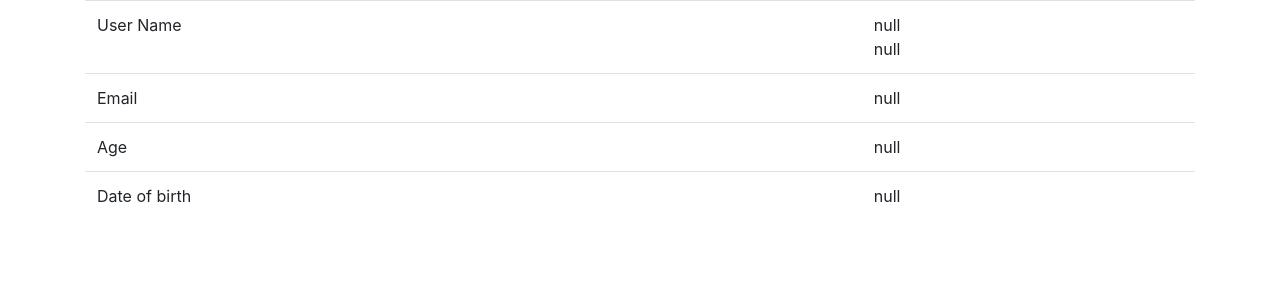
Repository: pyaephyotint22/Maven-Student-Course
Page: http://localhost/02-helloo-servlet/display.jsp
These files come from the project's save history. The page is drawn as it stood at one moment and after the next save; the edit follows.
The browser window is 1280 px wide. The pictures show the whole page.
The page is served by Tomcat 9.

Above is the page before, as saved 2020-12-16 11:17:48.

After the next save:
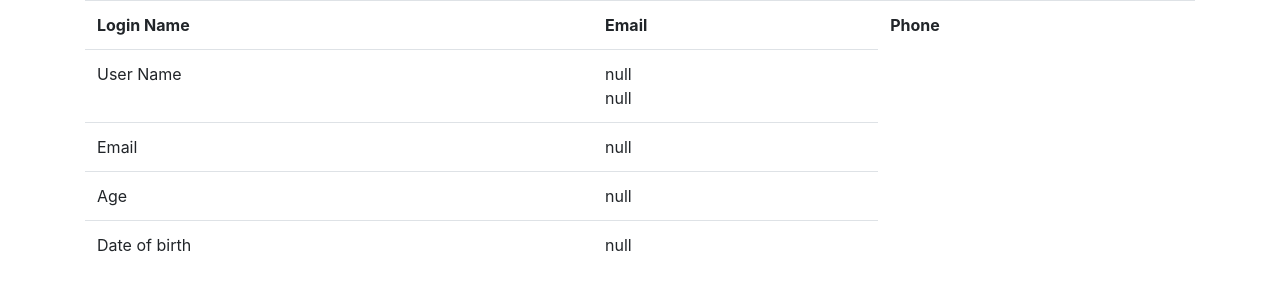
Saved 2 min 13 s later.
--- a/02-helloo-servlet/src/main/webapp/display.jsp
+++ b/02-helloo-servlet/src/main/webapp/display.jsp
@@ -14,6 +14,11 @@
 		<div class="row">
 			<div class="col">
 				<table class="table">
+				<tr>
+					<th>Login Name</th>
+					<th>Email</th>
+					<th>Phone</th>
+				</tr>
 					<tr>
 						<td>User Name</td>
 						<td>
